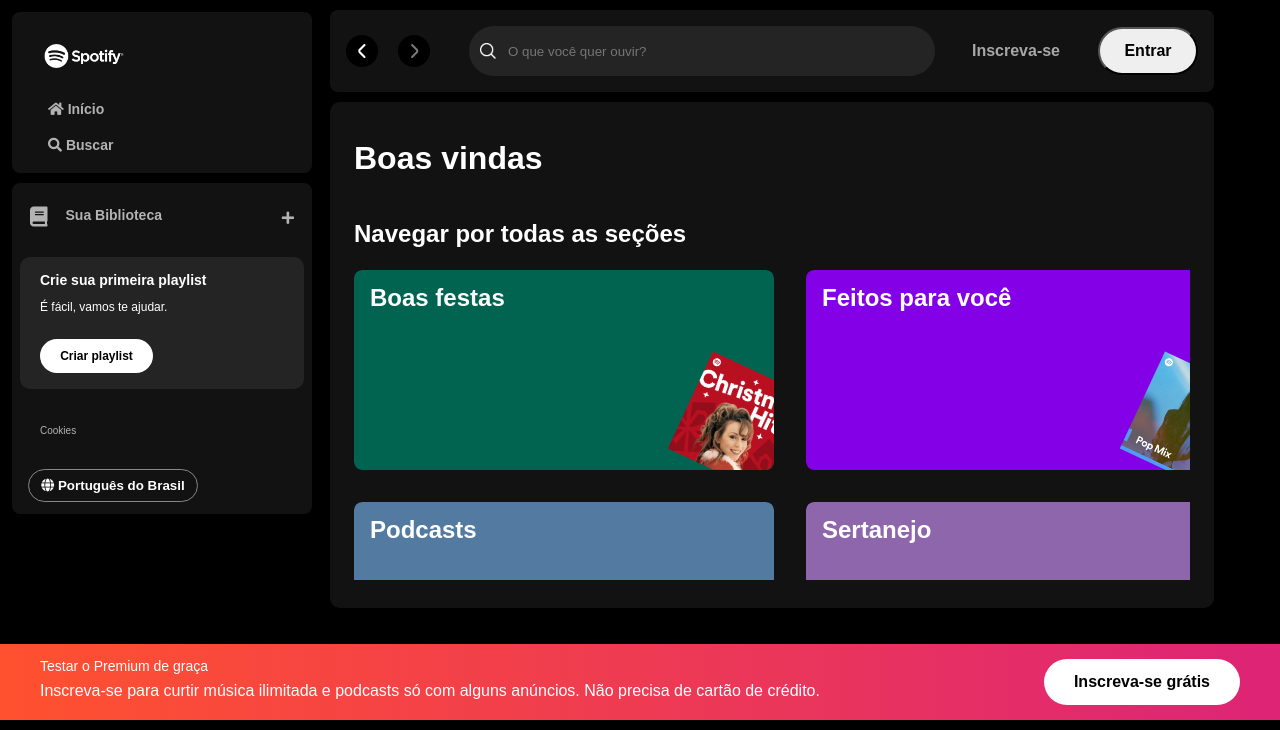
Repository: rafaazevedo-gs/Imers-o-Alura-Front-end
Page: index.html
The author's editor kept a copy of each file at every save. The page is drawn from the files as they stood at one save, then again after the next save.
The browser window is 1280 px wide. The pictures show the whole page.

Above is the page before, as saved 2025-01-31 15:40:12.
Not found: search.js

### index.html
<!DOCTYPE html>
<html lang="pt-BR">
<head>
    <meta charset="UTF-8">
    <meta name="viewport" content="width=device-width, initial-scale=1.0">
    <title>Spotify</title>

    <link rel="stylesheet" href="./src/styles/reset.css">
    <link rel="stylesheet" href="./src/styles/vars.css">
    <link rel="stylesheet" href="./src/styles/sidebar-footer.css">
    <link rel="stylesheet" href="./src/styles/main-content.css">
    <link rel="stylesheet" href="./src/styles/midia-queries.css">
    <link rel="stylesheet" href="https://use.fontawesome.com/releases/v5.15.4/css/solid.css"/>
    <link rel="stylesheet" href="https://use.fontawesome.com/releases/v5.15.4/css/fontawesome.css"/>
    <link rel="icon" href="/src/assets/icons/favicon.png" type="image/x-icon">

</head>
<body>
    <div class="sidebar">
        <nav class="sidebar__navigation">
            <div class="logo">
                <a href="">
                    <img src="./src/assets/icons/logo-spotify.png" alt="Spotify logo">
                </a>
                </div>
                    <ul>
                        <li>
                            <a href="">
                                <span class="fa fa-home"></span>
                                <span>Início</span>
                            </a>
                        </li>
                        <li>
                            <a href="">
                                <span class="fa fa-search"></span>
                                <span>Buscar</span>
                            </a>
                        </li>
                    </ul>
        </nav>
        <div class="library">
            <div class="library__content">
                <button class="library__button">
                    <span class="fa fas fa-book"></span>
                    <span>Sua Biblioteca</span>
                </button>
                <span class="fa fa-plus"></span>
        </div>

        <section class="section-playlist">
            <div class="section-playlist__content">
                <span class="text title">Crie sua primeira playlist</span>
                <span class="text subtitle">É fácil, vamos te ajudar.</span>
                <button class="section-playlist__button">
                    <span>Criar playlist</span>
                </button>
            </div>
        </section>
        <div class="cookies">
            <a href="">Cookies</a>
        </div>
        <div class="languages">
            <button class="languages__button">
                <span class="fa fa-globe"></span>
                <span>Português do Brasil</span>
            </button>
        </div>
    </div>
</div>

<main>
    <div class="main-container">
        <nav class="header__navigation">
            <div class="navigation">
                <button class="arrow-left">
                    <img src="./src/assets/icons/small-left.png" alt="Seta esquerda">
                </button>
                <button class="arrow-right">
                    <img src="./src/assets/icons/small-right.png" alt="Seta direita">
                </button>
            </div>
            <div class="header__search">
                <img src="./src/assets/icons/search.png" alt="">
                <input id="search-input" type="text" maxlength="800" placeholder="O que você quer ouvir?" />
            </div>
            <div class="header__login">
                <button class="subscribe">Inscreva-se</button>
                <button class="login">Entrar</button>
            </div>
        </nav>

            <div class="playlist-container">
                <div id="result-playlist">
                    <div class="playlist">
                        <h1 id="greeting">Boas vindas</h1>
                        <h2 class="greeting-subtitle">Navegar por todas as seções</h2>
                    </div>

                      <!-- LIST ITEM 1 -->
          <div class="offer__scroll-container">
            <div class="offer__list">
              <section class="offer__list-item">
                <!-- CARD 1 -->
                <a href="" class="cards">
                  <div class="cards card1">
                    <img src="./src/assets/playlist/1.jpeg" alt="" />
                    <span>Boas festas</span>
                  </div>
                </a>

                <!-- CARD 2 -->
                <a href="" class="cards">
                  <div class="cards card2">
                    <img src="./src/assets/playlist/2.png" alt="" />
                    <span>Feitos para você</span>
                  </div>
                </a>

                <!-- CARD 3 -->
                <a href="" class="cards">
                  <div class="cards card3">
                    <img src="./src/assets/playlist/3.jpeg" alt="" />
                    <span>Lançamentos</span>
                  </div>
                </a>

                <!-- CARD 4 -->
                <a href="" class="cards">
                  <div class="cards card4">
                    <img src="./src/assets/playlist/4.png" alt="" />
                    <span>Brasil</span>
                  </div>
                </a>

                <!-- CARD 5 -->
                <a href="" class="cards">
                  <div class="cards card5">
                    <img src="./src/assets/playlist/5.jpeg" alt="" />
                    <span>Para treinar</span>
                  </div>
                </a>

                <!-- CARD 6 -->
                <a href="" class="cards">
                  <div class="cards card6">
                    <img src="./src/assets/playlist/6.jpeg" alt="" />
                    <span>Podcasts</span>
                  </div>
                </a>

                <!-- CARD 7 -->
                <a href="" class="cards">
                  <div class="cards card7">
                    <img src="./src/assets/playlist/7.jpeg" alt="" />
                    <span>Sertanejo</span>
                  </div>
                </a>

                <!-- CARD 8 -->
                <a href="" class="cards">
                  <div class="cards card8">
                    <img src="./src/assets/playlist/8.jpeg" alt="" />
                    <span>Samba e pagode</span>
                  </div>
                </a>

                <!-- CARD 9 -->
                <a href="" class="cards">
                  <div class="cards card9">
                    <img src="./src/assets/playlist/9.jpeg" alt="" />
                    <span>Funk</span>
                  </div>
                </a>

                <!-- CARD 10 -->
                <a href="" class="cards">
                  <div class="cards card10">
                    <img src="./src/assets/playlist/10.jpeg" alt="" />
                    <span>MPB</span>
                  </div>
                </a>

                <!-- CARD 11 -->
                <a href="" class="cards">
                  <div class="cards card11">
                    <img src="./src/assets/playlist/11.jpeg" alt="" />
                    <span>Rock</span>
                  </div>
                </a>

                <!-- CARD 12 -->
                <a href="" class="cards">
                  <div class="cards card12">
                    <img src="./src/assets/playlist/12.jpeg" alt="" />
                    <span>Hip Hop</span>
                  </div>
                </a>

                <!-- CARD 13 -->
                <a href="" class="cards">
                  <div class="cards card13">
                    <img src="./src/assets/playlist/13.jpeg" alt="" />
                    <span>Indie</span>
                  </div>
                </a>

                <!-- CARD 14 -->
                <a href="" class="cards">
                  <div class="cards card14">
                    <img src="./src/assets/playlist/14.jpeg" alt="" />
                    <span>Relax</span>
                  </div>
                </a>

                <!-- CARD 15 -->
                <a href="" class="cards">
                  <div class="cards card15">
                    <img src="./src/assets/playlist/15.jpeg" alt="" />
                    <span>Música Latina</span>
                  </div>
                </a>
              </section>
            </div>
          </div>
        </div>


        <div id="result-artist" class="hidden">
          <div class="grid-container">
            <div class="artist-card" id="">
              <div class="card-img">
                <img id="artist-img" class="artist-img" />
                <div class="play">
                  <span class="fa fa-solid fa-play"></span>
                </div>
              </div>
              <div class="card-text">
                <a title="Foo Fighters" class="vst" href=""></a>
                <span class="artist-name" id="artist-name"></span>
                <span class="artist-categorie">Artista</span>
                </a>
              </div>
            </div>
          </div>
        </div>

      </div>
    </div>

  </main>

  <footer class="disclaimer-premium">
    <div class="text">
      <p class="disclaimer-premium__title">Testar o Premium de graça</p>
      <p class="disclaimer-premium__subtitle">
        Inscreva-se para curtir música ilimitada e podcasts só com alguns
        anúncios. Não precisa de cartão de crédito.
      </p>
    </div>
    <div class="button">
      <button type="button">Inscreva-se grátis</button>
    </div>
  </footer>

  <script src="script.js" type="text/javascript"></script>
  <script src="search.js" type="text/javascript"></script>
</body>

</html>

### src/styles/vars.css
:root{
    /* FONT */
    --font-dm-sans:"DM Sans", sans-serif;

    /* COLORS */
    --bg-icon:#131313;
    --bg-arrow-color:rgba(0,0,0,7)
}

### src/styles/sidebar-footer.css
body{
    background-color: #000;
    font-family: var(--font-dm-sans);
}

.sidebar{
    position:fixed;
    top:0;
    left:0;
    bottom:0;
    padding:12px;
    width:300px;
}

.sidebar__navigation{
    background-color: #121212;
    border-radius:8px;
    padding:16px 0 0 16px;
}

.logo{
    background: #121212;
    display:flex;
    border-radius:8px ;
    padding:16px 0 0 16px;
}

.sidebar__navigation .logo img{
    width:80px;
}

.sidebar nav ul{
    margin-top: 20px;
    padding:0 20px 10px 20px;
}

.sidebar ul li{
    padding: 10px 0;
}

.sidebar nav ul li a{
    color: #b3b3b3;
    text-decoration: none;
    font-weight: 600;
    font-size: 14px;
}

.library{
    background-color:#121212;
    border-radius:8px;
    display:flex;
    justify-content: space-between;
    flex-direction: column;
    padding:4px 8px;
    color:#b3b3b3;
    font-weight: 600;
    font-size:14px;
    margin-top: 10px;
}

.library .library__content{
    display:flex;
    justify-content: space-between;
}

.library .library__button{
    display:flex;
    margin-right: 10px;
    color:#b3b3b3;
    background-color: transparent;
    border:0px;
    font-size: 14px;
    font-weight: 700;
    text-align: center;
    text-decoration: none;
    text-transform: none;
    padding:20px 10px;
}

.library .library__button .fa{
    font-size:20px;
    font-weight: 300;
    color:#b3b3b3;
    margin-right: 10px;
    padding-right:8px;
}

.library .library__content .fa-plus{
    margin: 24px 10px;
    cursor: pointer;
}

.section-playlist{
    display:flex;
    align-items: flex-start;
    justify-content: space-between;
    gap:20px;
    background-color: #242424;
    color:#b3b3b3;
    font-weight: 600;
    font-size: 14px;
    margin: 8px 0;
    padding:16px 20px;
    border-radius:10px;
}

.section-playlist .section-playlist__content{
    display:flex;
    flex-direction: column;
}

.section-playlist__content .text{
    padding-bottom:14px;
    color:#FFF;
}

.section-playlist__content .title{
    font-weight: 700;
}

.section-playlist__content .subtitle{
    font-weight: 500;
    font-size: 12px;
}

.section-playlist__content .section-playlist__button{
    display: flex;
    justify-content: center;
    background-color: #FFF;
    color:#000;
    border-radius: 20px;
    font-size: 12px;
    font-weight: 700;
    text-decoration:none;
    text-transform: none;
    padding:10px;
    margin-top: 12px;
    border:0;
    width: 113px;
    cursor: pointer;
}

.sidebar .cookies{
    margin:25px 20px;
}

.sidebar .cookies a{
    color:#b3b3b3;
    font-weight: 500;
    font-size:10px;
    text-decoration: none;
}

.sidebar .cookies a:hover{
    text-decoration: underline;
}

.languages .languages__button{
    align-items: center;
    background-color: transparent;
    border: 1px solid #878787;
    color:#FFF;
    font-weight: bold;
    cursor:pointer;
    width: 170px;
    margin:8px;
    padding:8px;
    border-radius:20px;
}

.disclaimer-premium {
    position: fixed;
    bottom: 0;
    left: 0;
    right: 0;
    background: linear-gradient(to right, #ff512f, #dd2476);
    padding: 15px 40px;
    display: flex;
    justify-content: space-between;
}
.disclaimer-premium .text {
   flex-shrink: 0;
}
.disclaimer-premium .disclaimer-premium__title {
    color: #ffffff;
    font-weight: 400;
    font-size: 14px;
    margin-bottom: 10px;
}

.disclaimer-premium .disclaimer-premium__subtitle {
    color: #ffffff;
    font-size: 16px;
    font-weight: 500;
}

.disclaimer-premium button {
    background-color: #ffffff;
    color: #000000;
    font-size: 16px;
    font-weight: bold;
    padding: 14px 30px;
    border: 0px;
    border-radius: 40px;
    cursor: pointer;
    flex-shrink: 0;
}

### src/styles/main-content.css
/* HEADER */

.main-container{
    max-width: 80vw;
    height: 100vh;
    margin-left: 320px;
    margin-right: 56px;
}

.header__navigation {
    display: flex;
    justify-content: space-between;
    align-items: center;
    padding: 16px;
    margin: 10px;
    border-radius: 8px;
    background-color: #121212;
  }

  .header__navigation .navigation {
    display: flex;
    justify-content: space-around;
    align-items: center;
  }

  .header__navigation .navigation .arrow-left {
    margin-right: 1.25rem;
  }

  .arrow-left, .arrow-right {
    display: flex;
    align-items: center;
    justify-content: center;
    width: 32px;
    height: 32px;
    background: var(--bg-icon);
    background-color:var(--bg-arrow-color);
    border-radius: 50%;
    border: none;
    cursor: pointer;
  }

  .header__login {
    display: flex;
    align-items: center;
  }

  .header__search {
    display: flex;
    align-items: center;
    width: 464px;
    height: 48px;
    margin-left: 8px;
    background-color: #242424;
    border-radius: 500px;
    border: 1px solid transparent;
  }

  .header__search img {
    width: 16px;
    height: 16px;
    margin-left: 10px;
  }

  .header__search input {
    background: transparent;
    border: none;
    padding: 0px 100px 0 12px;
    color: #fff;
    text-overflow: ellipsis;
    overflow:hidden;
    white-space: nowrap;
    outline: none;
  }

  .header__login .subscribe {
    color: #a7a7a7;
    font-size: 16px;
    font-weight: 700;
    background-color: transparent;
    margin-right: 32px;
    cursor: pointer;
    border: none;
  }

  .header__login .login {
    width: 100px;
    height: 48px;
    color: #000;
    font-size: 16px;
    font-weight: 700;
    border-radius: 40px;
    cursor: pointer;
  }

  .playlist-container {
    height: 68vh;
    padding-top: 16px;
    margin: 10px;
    border-radius: 10px;
    background-color: #121212;
  }

  .playlist {
    margin: 24px;
  }

  .playlist #greeting {
    color: #fff;
    font-size: 32px;
    font-weight: 700;
    margin-bottom: 48px;

  }

  .playlist .greeting-subtitle {
    color: #fff;
    font-size: 24px;
    font-weight: 700;
  }

  /* SCROLL */
.offer__scroll-container {
  max-height: 43vh;
  margin: 24px;
  overflow-y: auto;
}

.offer__scroll-container::-webkit-scrollbar {
  width: 1px;
}

.offer__scroll-container::-webkit-scrollbar-thumb {
  background-color: transparent;
}
/* FIM SCROLL */

.offer__list-item {
  display: grid;
  justify-items: center;
  grid-template-columns: 1fr 1fr 1fr 1fr 1fr;
  grid-gap: 16px;
  gap: 16px;
  margin-bottom: 16px;

  /* CODIGO COM JS CALCULANDO OS CARDS POR COLUNA */
  display: grid;
  gap: 16px;
  grid-gap: 32px;
  margin: 0 auto;
}

.cards {
  position: relative;
  width: 420px;
  height: 200px;
  overflow: hidden;
  border-radius: 8px;
}

.cards span {
  padding: 16px;
  position: absolute;
  color: #fff;
  font-size: 24px;
  font-weight: 700;
}

/* COLOR CARDS */
.card1 {
  background-color: rgb(0, 100, 80);
}
.card2 {
  background-color: rgb(132, 0, 231);
}
.card3 {
  background: rgb(30, 50, 100);
}
.card4 {
  background: rgb(140, 25, 50);
}
.card5 {
  background: rgb(232, 17, 91);
}
.card6 {
  background: rgb(83, 122, 161);
}
.card7 {
  background: rgb(142, 102, 172);
}
.card8 {
  background: rgb(20, 138, 8);
}
.card9 {
  background: rgb(30, 50, 100);
}
.card10 {
  background: rgb(233, 20, 41);
}
.card11 {
  background: rgb(80, 55, 80);
}
.card12 {
  background: rgb(216, 64, 0);
}
.card13 {
  background: rgb(186, 93, 7);
}
.card14 {
  background: rgb(0, 30, 80);
}
.card15 {
  background: rgb(60, 30, 80);
}
/* FIM COLOR CARDS */

.offer__list-item img {
  position: absolute;
  right: 0;
  bottom: 0;
  height: auto;
  width: 107px;
  transform: rotate(25deg) translate(18%, -2%);
}

/* CARD ARTISTA */

.artist {
  --column-count: 5;
  --grid-gap: 24px;
  --min-container-width: 372px;
}

.hidden {
  display: none;
}

.grid-container {
  grid-gap:24px;
  display: grid;
  grid-template-columns: repeat(5, minmax(0, 1fr));
  min-width: 767px;
}

.artist-card {
  background: #181818;
  border-radius: 8px;
  -ms-flex: 1;
  flex: 1;
  isolation: isolate;
  padding: 16px;
  position: relative;
  transition: background-color 0.3s ease;
  width: 100%;
}

.artist-card:hover {
  background-color: #252525;
}

.card-img {
  padding-bottom: 100%;
  position: relative;
  width: 100%;
  margin-bottom: 16px;
}

.artist-img {
  height: 100%;
  left: 0;
  position: absolute;
  top: 0;
  width: 100%;
  border-radius: 50%;
}

.card-text {
  display: flex;
  flex-direction: column;
  color: #fff;
  overflow: hidden;
  text-overflow: ellipsis;
  white-space: nowrap;
  min-height: 62px;
}

.card-text a {
  display: inline-block;
  max-width: 100%;
  vertical-align: middle;
}

.artist-name {
  box-sizing: border-box;
  margin-block: 0px;
  font-size: 16px;
  font-weight: 700;
  padding-block-end: 8px;
}

.artist-categorie {
  color: #6a6a6a;
  font-weight: 400;
  font-size: 0.875rem;
}

.play {
  position: relative;
}

.play .fa-play {
  position: absolute;
  right: 10px;
  top: 120px;
  padding: 18px;
  background-color: #1db954;
  border-radius: 100%;
  font-size: 14px;
  opacity: 0;
  transition: all ease 0.4s;
}

.artist-card:hover .play .fa-play {
  opacity: 1;
  transform: translateY(-20px);
}

.play .fa-play:hover {
  padding: 20px;
  cursor: pointer;
}

#result-artist {
  padding: 20px 40px;
}

### src/styles/midia-queries.css
@media  and (max-width: 1015px) {
    .offer__list-item {
        grid-template-columns: 1fr 1fr;
    }
}

Loaded but not shown: src/styles/reset.css (common file); script.js (no copy from this time; the picture is the same without it)

After the next save:
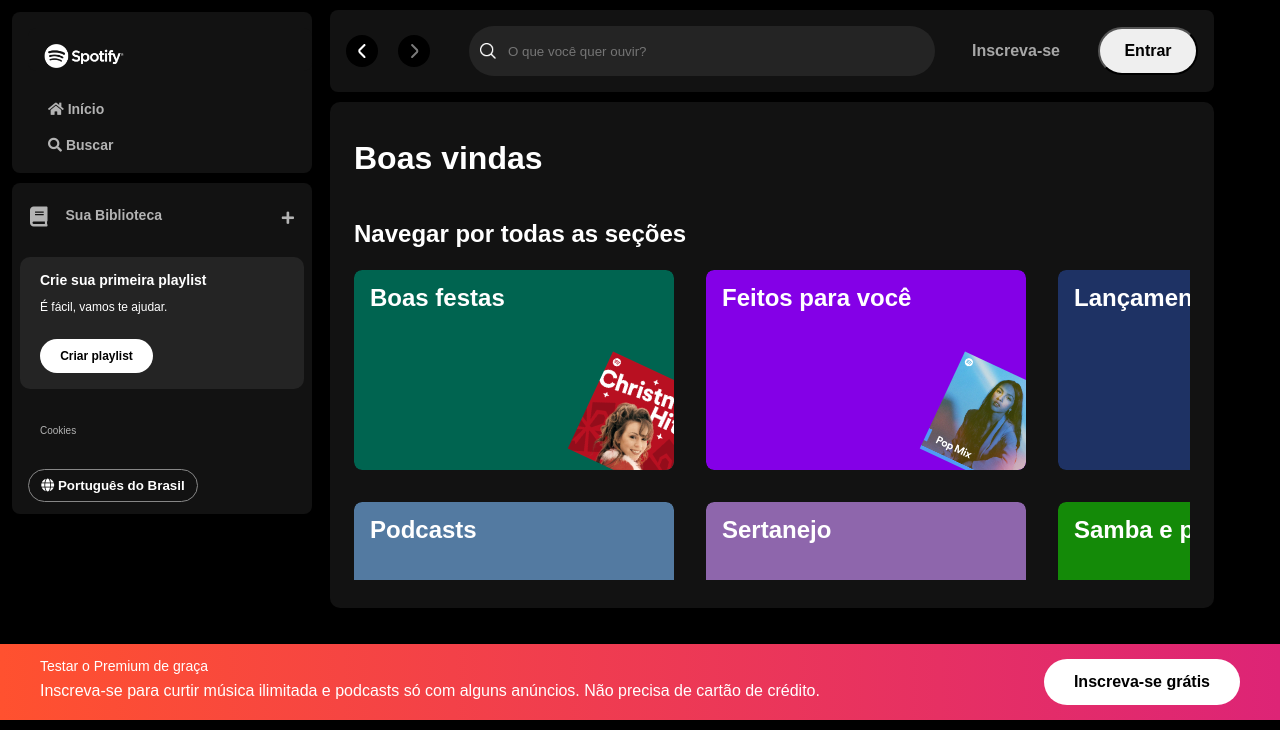
Saved 27 s later.
--- a/src/styles/main-content.css
+++ b/src/styles/main-content.css
@@ -152,7 +152,7 @@
 
 .cards {
   position: relative;
-  width: 420px;
+  width: 320px;
   height: 200px;
   overflow: hidden;
   border-radius: 8px;
